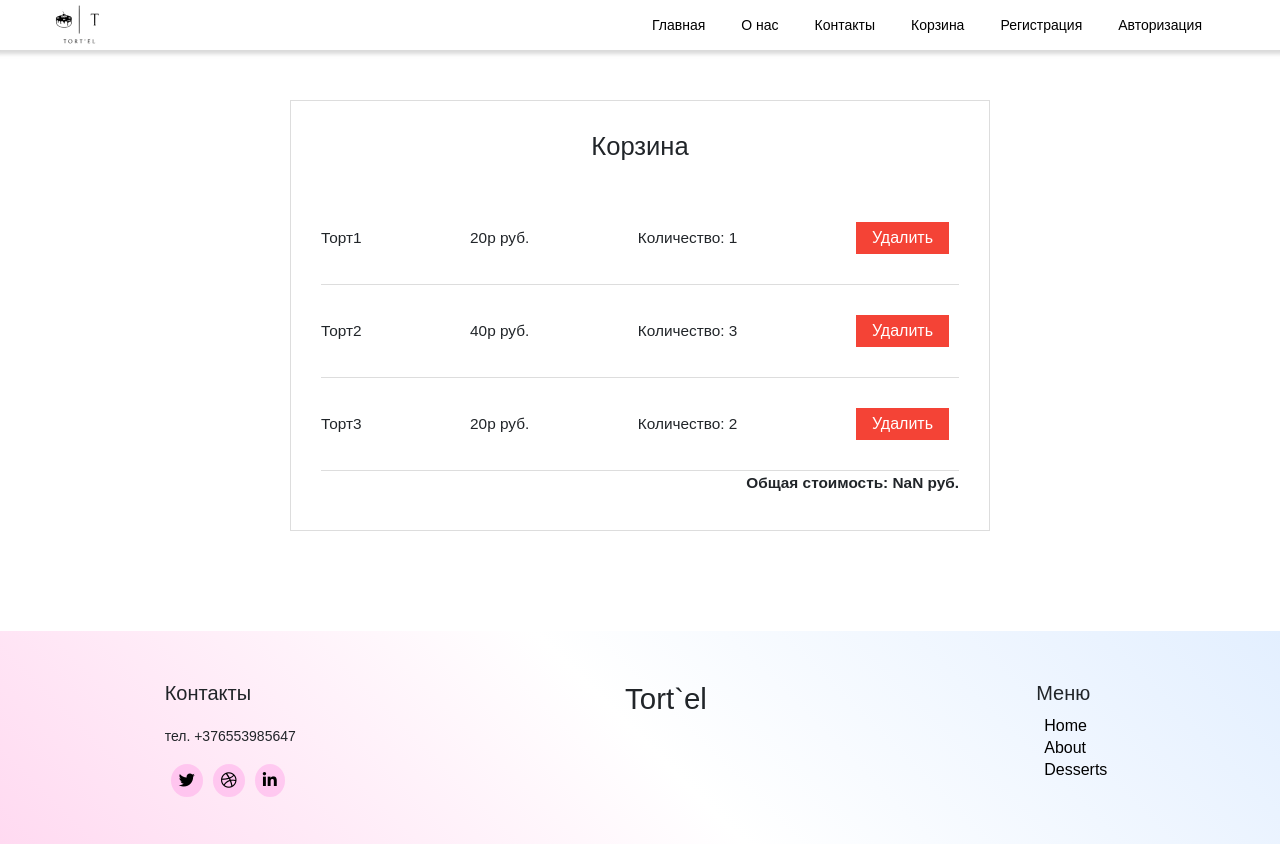
Repository: KseniaEryze/DiplomToday
Page: /basket
The author's editor kept a copy of each file at every save. The page is drawn from the files as they stood at one save, then again after the next save.
The browser window is 1280 px wide. The pictures show the whole page.
The page's requests for data from a server got no answer. The project was rebuilt for these pictures with package versions that can differ from the ones it lists, and the page was loaded fresh each time. No one was signed in, and anything a server would have sent is missing. Also part of the build but not shown: src/App.css, src/components/Slider/Slider.jsx, src/pages/About/about.css, src/components/Galery/main.css, src/components/Galery/Gallery.jsx, src/pages/About/About.jsx, src/components/Categories/categories.css, src/components/Categories/Categories.jsx and 21 more.

Above is the page before, as saved 2024-09-10 15:50:38.

### public/index.html
<!DOCTYPE html>
<html lang="en">
  <head>
    <meta charset="utf-8" />
    <link rel="stylesheet" href="https://stackpath.bootstrapcdn.com/bootstrap/4.1.3/css/bootstrap.min.css" integrity="sha384-MCw98/SFnGE8fJT3GXwEOngsV7Zt27NXFoaoApmYm81iuXoPkFOJwJ8ERdknLPMO" crossorigin="anonymous">
    <link rel="stylesheet" href="https://cdnjs.cloudflare.com/ajax/libs/font-awesome/5.15.1/css/all.min.css" integrity="sha512-+4zCK9k+qNFUR5X+cKL9EIR+ZOhtIloNl9GIKS57V1MyNsYpYcUrUeQc9vNfzsWfV28IaLL3i96P9sdNyeRssA==" crossorigin="anonymous" />

    <link rel="icon" href="%PUBLIC_URL%/favicon.ico" />
    <meta name="viewport" content="width=device-width, initial-scale=1" />
    <meta name="theme-color" content="#000000" />
    <meta
      name="description"
      content="Web site created using create-react-app"
    />
    <link rel="apple-touch-icon" href="%PUBLIC_URL%/logo192.png" />
    <!--
      manifest.json provides metadata used when your web app is installed on a
      user's mobile device or desktop. See https://developers.google.com/web/fundamentals/web-app-manifest/
    -->
    <link rel="manifest" href="%PUBLIC_URL%/manifest.json" />
    <!--
      Notice the use of %PUBLIC_URL% in the tags above.
      It will be replaced with the URL of the `public` folder during the build.
      Only files inside the `public` folder can be referenced from the HTML.

      Unlike "/favicon.ico" or "favicon.ico", "%PUBLIC_URL%/favicon.ico" will
      work correctly both with client-side routing and a non-root public URL.
      Learn how to configure a non-root public URL by running `npm run build`.
    -->
    <title>React App</title>
  </head>
  <body>
    <noscript>You need to enable JavaScript to run this app.</noscript>
    <div id="root"></div>
    <!--
      This HTML file is a template.
      If you open it directly in the browser, you will see an empty page.

      You can add webfonts, meta tags, or analytics to this file.
      The build step will place the bundled scripts into the <body> tag.

      To begin the development, run `npm start` or `yarn start`.
      To create a production bundle, use `npm run build` or `yarn build`.
    -->
  </body>
</html>

### src/index.js
import React from 'react';
import ReactDOM from 'react-dom/client';
import './index.css';
import App from './App';
import {BrowserRouter, BrowserRouter as Router} from 'react-router-dom'
import { Provider } from 'react-redux';
import {store}  from 'store';
import './firebase';
import Footer from 'Footer/Footer';




const root = ReactDOM.createRoot(document.getElementById('root'));
root.render(
  <React.StrictMode>
   <BrowserRouter>
    <Provider store = {store}>

          <App />
          <Footer></Footer>

    </Provider>
   </BrowserRouter>
</React.StrictMode>


);

### src/index.css

html, body, div, span, applet, object, iframe,
h1, h2, h3, h4, h5, h6, blockquote, pre,
a, abbr, acronym, address, big, cite, code,
del, dfn, em, img, ins, kbd, q, s, samp,
small, strike, strong, sub, sup, tt, var,
b, u, i, center,
dl, dt, dd, ol, ul, li,
fieldset, form, label, legend,
table, caption, tbody, tfoot, thead, tr, th, td,
article, aside, canvas, details, embed,
figure, figcaption, header, hgroup,
menu, nav, output, ruby, summary,
time, mark, audio, video {
	margin: 0;
	padding: 0;
	border: 0;
	/* font-size: 100%;
	font: inherit; */
	vertical-align: baseline;
}
article, aside, details, figcaption, figure,
footer, header, hgroup, menu, nav, section {
	display: block;
}
html {
	height: 100%;
}
body {
	line-height: 1;
}
ol, ul {
	list-style: none;
}
blockquote, q {
	quotes: none;
}
blockquote:before, blockquote:after,
q:before, q:after {
	content: '';
	content: none;
}
table {
	border-collapse: collapse;
	border-spacing: 0;
}
body {
  margin: 0;
  font-family: -apple-system, BlinkMacSystemFont, 'Segoe UI', 'Roboto', 'Oxygen',
    'Ubuntu', 'Cantarell', 'Fira Sans', 'Droid Sans', 'Helvetica Neue',
    sans-serif;
  -webkit-font-smoothing: antialiased;
  -moz-osx-font-smoothing: grayscale;
}

code {
  font-family: source-code-pro, Menlo, Monaco, Consolas, 'Courier New',
    monospace;
}

h1{
  padding: 20px 0;
  font-size: 4vw;
}
h2 ,h3 ,h4{
  padding: 10px 0;
  font-size: 2vw;
}
h3{
    font-size: 2.3vw;
}
h4{
    font-size:20px
}
p{
	font-size: 1.2vw;
	line-height: 1.8vw;

}

button a{
	color: aliceblue;
}

*{
	font-family: "Philosopher", sans-serif;
	font-weight: 400;
	font-style: normal;
}

.pagination-container {
    margin: 3vw 3vw;
}

section{}
@import url('https://fonts.googleapis.com/css2?family=Philosopher:ital,wght@0,400;0,700;1,400;1,700&display=swap');

@media(max-width: 500px) {
	h1{
        font-size: 7vw;
    }
}

@media(max-width: 900px) {
	h1{
        font-size: 5vw;
    }
}

### src/App.js
import { Route, Routes} from 'react-router-dom';
import './App.css';
import About from './pages/About/About';
import Header from './Header/Header.jsx'
import Home from './pages/Home/Home';
import Registracion from './components/Authorization/Registracion';
import LoginPage from './components/Authorization/LoginPage';
import AdminMain from 'Admin/page/AdminMain';
import Contact from 'pages/Contact/Contact';
import Footer from 'Footer/Footer';
import Basket from 'pages/Basket/Basket';

function App() {
  return (
     <>
        <Header></Header>
          <Routes>
            <Route path = '/login' element = {<LoginPage/>}></Route>
            <Route path = '/register' element = {<Registracion/>}></Route>
            <Route path = '/contacts' element = {<Contact/>}></Route>
            <Route path = '/basket' element = {<Basket></Basket>}></Route>


            <Route path='/' element={<Home/>}></Route>
            <Route path = '/admin' element = {<AdminMain/>}></Route>
            <Route path='/about' element={<About/>}></Route>

            <Route path = '*' element = {<div>404 Not Found</div>}></Route>

          </Routes>


      </>


  );
}

export default App;

### src/store/index.js
import { configureStore } from "@reduxjs/toolkit";
import userReducer from '../store/slices/userSlice'
import cakeReducer from '../store/slices/cakeSlice'


export const store = configureStore({
    reducer: {
        user: userReducer,
        cake: cakeReducer
    }
});

### src/firebase.js
import {initializeApp} from 'firebase/app'

const firebaseConfig = {
    apiKey: process.env.REACT_APP_FIREBASE_API_KEY,
    authDomain: process.env.REACT_APP_FIREBASE_AUTH_DOMAIN,
    projectId: process.env.REACT_APP_FIREBASE_PROJECT_ID,
    storageBucket: process.env.REACT_APP_FIREBASE_STORAGE_BUSCKET,
    messagingSenderId: process.env.REACT_APP_FIREBASE_MESSAGING_SENGER_ID,
    appId: process.env.REACT_APP_FIREBASE_APP_ID
}

const app = initializeApp(firebaseConfig)

### src/Footer/Footer.jsx
import React from 'react'
import { Link } from 'react-router-dom'
import './footer.css'

function Footer() {
  return (

    <footer>
      <div className='footer'>
      <div> <h4>Контакты</h4>
        <div>
          <p>тел.   +376553985647</p>

          <ul class="social-icons">
            <li><a class="twitter" href="#"><i class="fab fa-twitter"></i></a></li>
            <li><a class="dribbble" href="#"><i class="fab fa-dribbble"></i></a></li>
            <li><a class="linkedin" href="#"><i class="fab fa-linkedin-in"></i></a></li>
          </ul>
        </div>
      </div>


      <div>
        <h3>Tort`el</h3>
      </div>
      <div>
        <h4>Меню</h4>
        <ul>
             <li>
                 <Link to="/">Home</Link>
             </li>
             <li>
               <Link to="/about">About</Link>
             </li>
             <li>
                 <Link to="/desserts">Desserts</Link>
             </li>

         </ul>

      </div>
       </div>
    </footer>

  )
}

export default Footer

### src/Header/Header.jsx
import React, { useState } from 'react'
import { Link } from 'react-router-dom'
import logo from './img/logoBlack.png'
import './header.css'
import menu from './img/hamburger.png'

function Header() {
  const [accountAuth, setAccountAuth] = useState(false)
  const [isOpen, setIsOpen] = useState()
  return (
    <div className='header'>

      <div className='logo'>
          <Link to="/"><img src={logo}/></Link>
      </div>

      <nav className={`header_nav ${isOpen ? `active` : ``}`}>
          <ul className='header_nav-list'>
             <li className='header_nav-item'>
                 <Link to="/">Главная</Link>
             </li>

             <li className='header_nav-item'>
               <Link to="/about">О нас</Link>
             </li>

             <li className='header_nav-item'>
               <Link to="/contacts">Контакты</Link>
             </li>
             <li className='header_nav-item'>
               <Link to="/basket">Корзина</Link>
             </li>
              <li className='header_nav-item wrapper-login'>
                <Link to="/register" accountAuth={accountAuth}>Регистрация</Link>
              </li>
              <li className='header_nav-item'>
                <Link to="/login"> Авторизация </Link>
              </li>
            </ul>
         </nav>
         <button className='header_menu-button' onClick={() => setIsOpen(!isOpen)}></button>
     </div>
   )
 }

 export default Header

### src/pages/Basket/Basket.jsx
import React from 'react';
import './main.css'

const Basket = ({  popap, handleRemoveItem }) => {

    const cartItems = [
        {id:1, name:'Торт1', price:'20р', quantity: 1},
        {id:2, name:'Торт2', price:'40р', quantity: 3},
        {id:3, name:'Торт3', price:'20р', quantity: 2}
    ]
      return (
        <div className="cart">
          <h2>Корзина</h2>
          {cartItems.map(item => (
            <div key={item.id} className="cart-item">
              <p>{item.name}</p>
              <p>{item.price} руб.</p>
              <p>Количество: {item.quantity}</p>
              <button onClick={() => handleRemoveItem(item.id)}>Удалить</button>
            </div>
          ))}
          <p className="total-price">Общая стоимость: {cartItems.reduce((acc, item) => acc + item.price * item.quantity, 0)} руб.</p>
        </div>
      );
    };

    export default Basket;

### src/store/slices/userSlice.js
import {createSlice} from '@reduxjs/toolkit'

const initialState = {
    name:null,
    email:null,
    token: null,
    id: null
}

const userSlice = createSlice({
    name:'user',
    initialState,
    reducers:{
        setUser(state, action){
            state.name = action.payload.name;
            state.email = action.payload.email;
            state.token = action.payload.token;
            state.id = action.payload.id;
        },
        removeUser(state){
            state.name =null;
            state.email =null;
            state.token = null;
            state.id = null;
        }

    }

})

export const {setUser,removeUser} = userSlice.actions;

export default userSlice.reducer;

### src/store/slices/cakeSlice.js
import {createSlice} from '@reduxjs/toolkit'

const initialState = {
    name:null,
    desctiprion: null,
    cost: null,
    category: null,
    image: null,
    id: null
}

const cakeSlice = createSlice({
    name:'cake',
    initialState,
    reducers:{
        setCake(state, action){
            state.name = action.payload.name;
            state.desctiprion = action.payload.desctiprion;
            state.cost = action.payload.cost;
            state.category = action.payload.category;
            state.image = action.payload.image;
            state.id = action.payload.id;
        }

    }

})
console.log(cakeSlice.actions)

export const {setCake} = cakeSlice.actions;

export default cakeSlice.reducer;

### src/Footer/footer.css
li{
    padding: 3px 0px;
}
.social-icons {
    text-align: right;
    display: flex;
    justify-content: flex-start;
    align-items: center;
    }
 .social-icons a {
    width: 40px;
    height: 40px;
    line-height: 40px;
    margin-right: 10px;
    border-radius: 100%;
    background-color: #ff5ed73d;

    }

    .social-icons:nth-child(n + 2){
        margin-left: 6px;
    }

    footer p {
        margin: 10px 0 ;
        font-size: 14px;
    }
    footer{
        padding: 20px 0;
    }

### src/components/Slider/main.css
.wrapper-slide{
    display: flex;
    justify-content: center;
    flex-direction: column;
    align-items: center;

    padding: 30px;
}
button{
    padding: 0%;
    margin: 0;
}

.react-slideshow-container .default-nav:last-of-type {
    margin-left: -30px;
    background: rgb(0, 0, 0);
}

.wrapper-slide p{
    margin: 8px;
    padding: 0px;
}
.slide-imade{
    width: 80px;
    height: 80px;
    border-radius: 100%;
}

.react-slideshow-container .default-nav:last-of-type {
    margin-left: -30px;

    /* background: url(./img/icons8-стрелка-100\ \(2\).png) no-repeat; */
}

.react-slideshow-container .default-nav:first-of-type {

    /* background: url(./img/icons8-стрелка-100\ \(3\).png)no-repeat; */
}
/* .react-slideshow-container {
    background-color: black;
    color: aliceblue;
} */
.slide-container button{

    padding: 0px 0px;
    margin-right: 10px;
    margin-top: 30px;
}

### src/Header/header.css

.header{
    position: fixed;
    left: 0;
    top: 0;
    display: flex;
    align-items: center;
    width: 100%;
    padding: 0px 20px;
    height: 50px;
    background-color: white;
    box-shadow: 0 0 4px 4px rgba(136, 136, 136, 0.322);
    z-index: 1;
    color: black;
}

.header_nav{
    margin-left: auto;
    margin-right: 50px;
}

.header_nav-list{
    display: flex;
    list-style: none;
}

.header_nav-item{
    font-size: 14px;
    line-height: 1;
    color: black;
}

.header_nav-item:nth-child(n + 2){
    margin-left: 20px;
}

.header_menu-button{
    display: none;
}

@media(max-width: 576px){
.header_nav.active{
        transform: translateX(225px);
    }

    .header_nav{
        position: fixed;
        top: 0;
        left: -225px;
        display: flex;
        flex-direction: column;
        width:225px;
        height: 100%;
        background-color: white;
        border-radius: 16px 0 16px 0;
        transition-timing-function: linear;
    };

    .header_nav-list{
        display: flex;
        list-style: none;
    }

    .header_nav-list{
        flex: 1;
        display: flex;
        flex-direction: column;
        padding-top: 40px;
        padding-left: 60px;
    }

    .header_nav-item{
        margin: 10px 0px;
    }
    .header_nav-item:nth-child(n + 2){
        margin-left: 0;
    }

    .header_menu-button{
        display: block;
        margin: 0 11vw 0 auto;
        width: 24px;
        height: 24px;
        background-image: url(./img/hamburger.png);
        padding: 0;
        border: 0;
    }

}

### src/pages/Home/main.css
.footer{
    width: 100%;
    display: flex;
    justify-content: space-around;
    align-items: start;
    margin: 0;
    padding: 20px 0;
}
section{
    padding-top: 100px;
}
section, footer{
    background: -webkit-linear-gradient(45deg, rgb(255, 218, 241), rgb(255, 255, 255), rgb(227, 239, 255));
    background: -moz-linear-gradient(45deg, rgb(255, 218, 241), rgb(255, 255, 255), rgb(227, 239, 255));
    background: linear-gradient(45deg, rgb(255, 218, 241), rgb(255, 255, 255), rgb(227, 239, 255));



}
button{
    border: none;
    background-color: #362361cc;
    /* #928d3c */
    color: white;
    padding: 15px 30px;
    margin-right: 10px;

}
.block_header{
    background: url('./img/tort-muss-iagody-malina-rozy-desert.jpg') no-repeat;
    background-size: cover;
    height: 600px;
    padding-top: 0;

    display: flex;
    justify-content: start;
    align-items: center;
}

.block_header-info{
    margin-left: 200px;

}



.category{
    display: flex;
    justify-content: center;
    align-items: center;
    flex-direction: column;

}

.category_list{
    display: flex;
    justify-content: center;

    margin: 0 100px;

}




.advantages{
    display: flex;
    justify-content: center;
    align-items: center;


    background: -webkit-linear-gradient(45deg, rgb(255, 218, 241), rgb(255, 255, 255),rgb(255, 218, 241) rgb(227, 239, 255));
    background: -moz-linear-gradient(45deg, rgb(255, 218, 241), rgb(255, 255, 255), rgb(227, 239, 255));
    background: linear-gradient(120deg, rgb(255, 218, 241), rgb(255, 255, 255), rgb(227, 239, 255));

}
.advantages .order{
    background: url('./img/Без\ имени-1.png') no-repeat;
    background-size: cover;
    width: 380px;
    height: 415px;

}
.advantages p{
     word-wrap:break-word
}
.order{

    color: black;
    display: flex;
    justify-content: center;
    align-items: center;
    flex-direction: column;
    margin-left: 100px;
}

.description-list_point{
    display: flex;

    align-items: center;
}
.description-list_point img{
    margin-right: 25px;
    width: 50PX;
}



.tabs_wrapper{
    display: flex;
    justify-content: center;
    align-items: center;
    width: 100%;
}



.footerLogo{
    width: 200px;
}


.block_header-info{
    color: rgb(41, 41, 41);
}
@media (max-width: 800px) {
.calculation{
    display:none;
    visibility: hidden;
}
.wrapper-home{
    width: 100vw;
}
.menu{
    display: none;
}
}

@media(max-width: 500px){
    .block_header-info{
        margin-left: 15vw;
    }
   .block_header{
        height: 400px;
   }
}

### src/components/Authorization/main.css
.wrapper-center, .authorization-form {
    display: flex;
    justify-content: center;
    flex-direction: column;
}
.wrapper-center{
    padding-top: 100px;
    align-items: center;
    width: 100%;
    padding-bottom: 100px;
}
.authorization-form {
   width: 35vw;
}
input{

    padding: 2vh 3vw;
    margin: 5px;
}
button{
	margin: 20px 10px;
    padding: 1vh 2vw;
}

### src/Admin/page/adminMain.css
header,
main {
  padding-left: 240px;
}

body {
  background: white;
}

@media only screen and (max-width: 992px) {
  header,
  main,
  footer {
    padding-left: 0;
  }
}
a{
    text-decoration: none;
}

#credits li,
#credits li a {
  color: white;
}

#credits li a {
  font-weight: bold;
}

.footer-copyright .container,
.footer-copyright .container a {
  color: #BCC2E2;
}

.fab-tip {
  position: fixed;
  right: 85px;
  padding: 0px 0.5rem;
  text-align: right;
  background-color: #323232;
  border-radius: 2px;
  color: #FFF;
  width: auto;
}


.main {
  height: 400px;
  padding: 10px;
}

.dropdown_button {
  border: none;
  cursor: pointer;
  width: 200px;
  font-family: montserrat;
  border: 1px solid #ffffff;
}

.courses {
  display: none;
  position: absolute;
  background-color: #f1f1f1;
  min-width: 200px;
  box-shadow: 0px 8px 16px 0px rgba(0, 0, 0, 0.2);
  z-index: 1;
}

.courses li {

  text-decoration: none;
  display: block;
  list-style: none;
  background-color: rgb(47, 47, 47);
  font-family: montserrat;
  border: 1px solid white;
}

.courses li a {
  text-decoration: none;
  color: white;
  display: block;
  padding: 5px;
}

.courses li:hover {
  background-color: #0979ad;
  color: white;
}

.admin-form{
  display: flex;
  justify-content: center;
  flex-direction: column;
  align-items: center;
  margin-top: 80px;
}

.admin-text_item{
  width: 300px;
  display: flex;
  justify-content: space-around;
  align-items: center;
  margin: 10px;
}

.admin-text_item input,label{
  width: 80px;
  margin: 5px;
}
.wrapper-adminPage{
  display: flex;
  margin: 20px;
  border: 1px solid rgba(0, 0, 0, 0.158);
  padding-right: 50px;

  border-radius: 30px ;
}


.wrapper-adnin_categorisMenu{
  display: flex;
  justify-content: space-between ;
}

### src/pages/Basket/main.css
.cart {
    /* Стили для контейнера корзины */
    width: 700px;
    margin: 100px auto;
    border: 1px solid #ddd;
    padding: 20px 30px;
  }

  .cart h2 {
    /* Стили для заголовка корзины */
    text-align: center;
    margin-bottom: 20px;
  }

  .cart-item {
    /* Стили для каждого элемента корзины */
    border-bottom: 1px solid #ddd;
    padding: 10px 0;
    display: flex;
    justify-content: space-between;
    align-items: center;
  }

  .cart-item p {
    /* Стили для информации об элементе корзины */
    margin: 0;
  }

  .cart-item button {
    /* Стили для кнопки удаления */
    background-color: #f44336; /* Красный цвет */
    color: white;
    padding: 8px 16px;
    border: none;
    cursor: pointer;
  }

  .cart-item button:hover {
    /* Стили при наведении курсора на кнопку */
    background-color: #d32f2f; /* Более темный красный */
  }

  .total-price {
    /* Стили для общей стоимости */
    text-align: right;
    font-weight: bold;
  }

### src/Admin/page/AdminHeader/header.css

.menu{
    display: flex;
    justify-content: space-around;
    align-items: center;
}

.menu li,a{
    list-style: none;
    text-decoration: none;
    padding: 8px;
    color: rgb(0, 0, 0);
}

.admin-wrapper_menu{
    margin-right: 100px;
    background-color: #36236156;
    color: rgb(41, 41, 41);
    border-radius: 30px 0px 0px 30px;
    padding: 30px;
    width: 12vw;
}
/* .admin-wrapper_menu li{
    border: 1px solid black;
} */

.wrapper-content{
    padding: 70px;
}

After the next save:
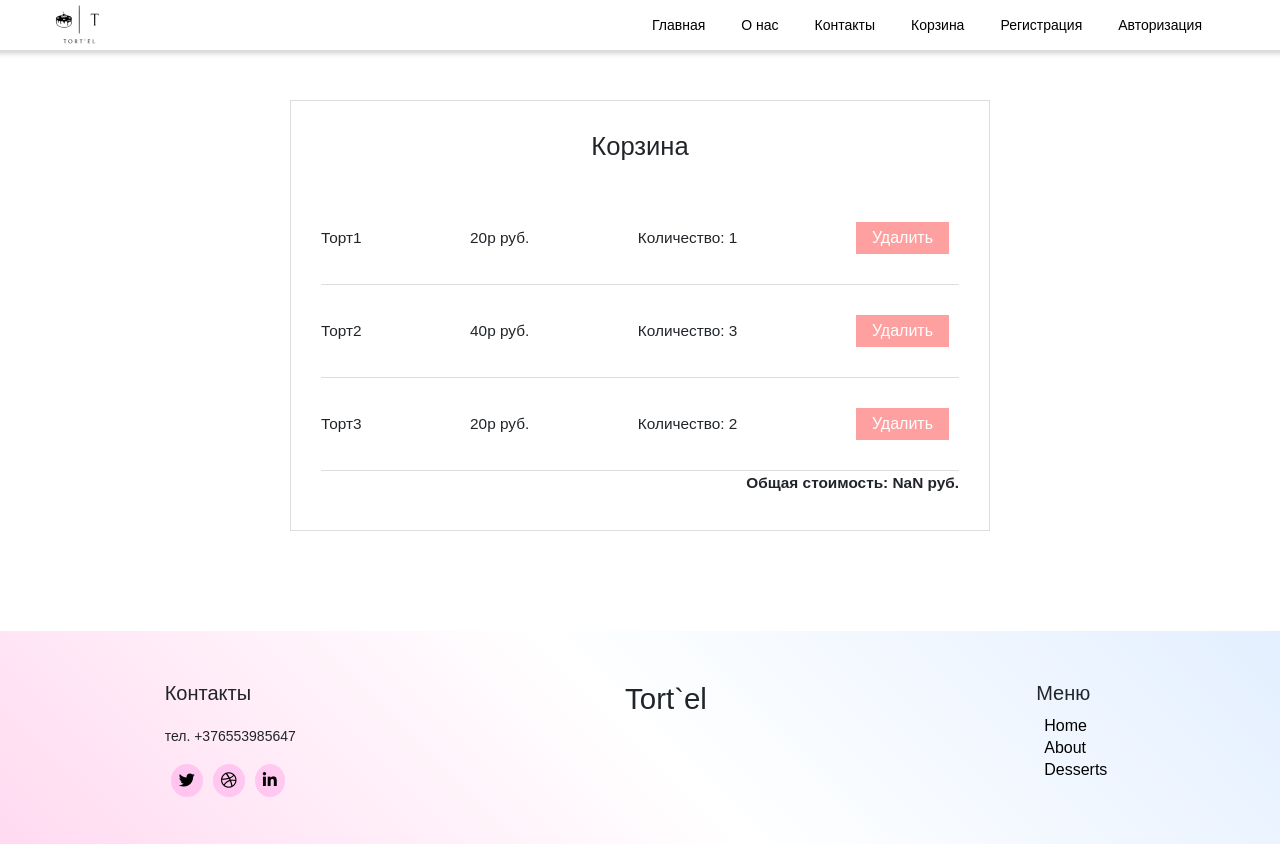
Saved 21 s later.
--- a/src/pages/Basket/main.css
+++ b/src/pages/Basket/main.css
@@ -28,7 +28,7 @@
 
   .cart-item button {
     /* Стили для кнопки удаления */
-    background-color: #f44336; /* Красный цвет */
+    background-color: #ff7f7fbd; /* Красный цвет */
     color: white;
     padding: 8px 16px;
     border: none;
